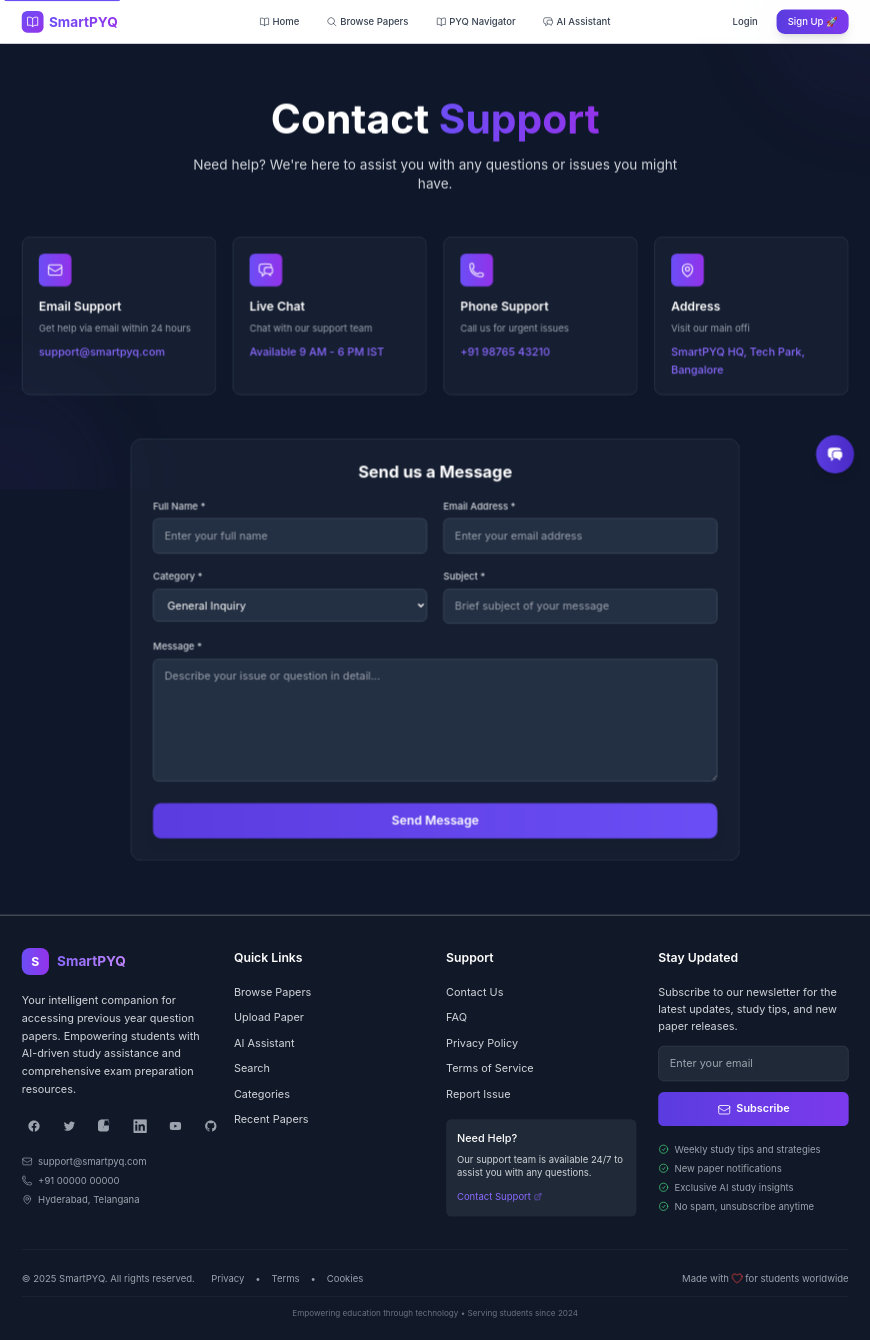
Repository: sumer52/smartpyq
Page: /contact (app in smartpyq-frontend/)
The author's editor kept a copy of each file at every save. The page is drawn from the files as they stood at one save, then again after a run of saves.
The browser window is 1280 px wide. The pictures show the whole page, at 68% of full size.
The project was rebuilt for these pictures with package versions that can differ from the ones it lists, and the page was loaded fresh each time. Also part of the build but not shown: smartpyq-frontend/vite.config.js. Imported but missing from the stored project, and not drawn on this page: smartpyq-frontend/src/pages/RegisterPage.

Above is the page before, as saved 2025-09-09 03:29:59.

After the next 3 saves:
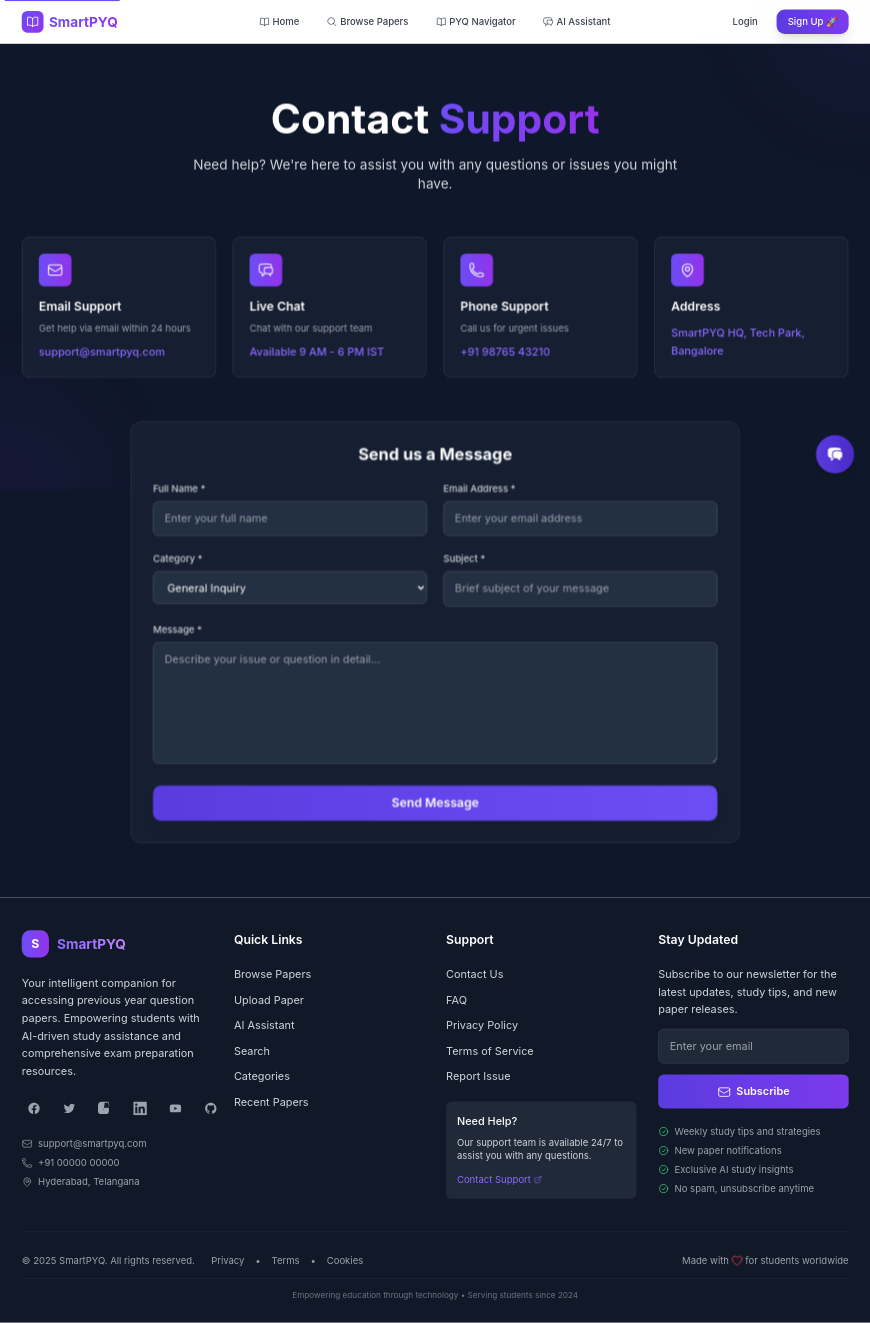
The 3 saves are shown as one change because they came seconds apart.
The last was saved 16 s later.
--- a/smartpyq-frontend/src/pages/ContactPage.jsx
+++ b/smartpyq-frontend/src/pages/ContactPage.jsx
@@ -77,7 +77,7 @@ const ContactPage = () => {
     {
       icon: MapPinIcon,
       title: 'Address',
-      description: 'Visit our main offi',
+      description: '',
       contact: 'SmartPYQ HQ, Tech Park, Bangalore',
       action: '#'
     }
